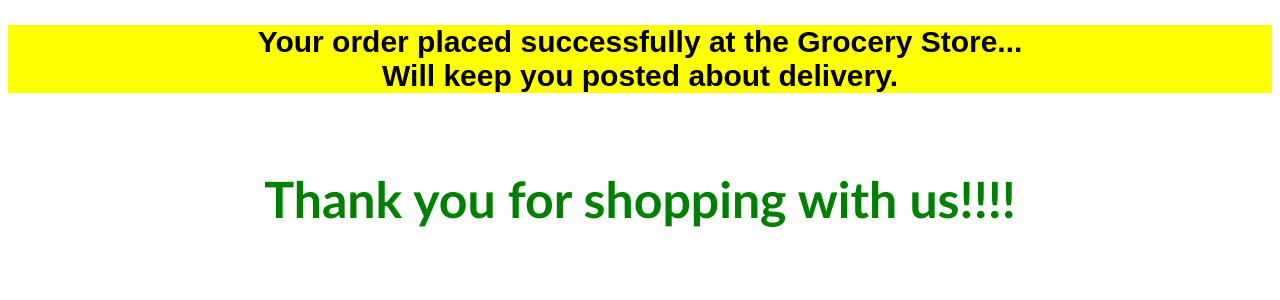
Repository: pournimapatil27/GroceryStoreMicroservice
Page: StoreLogin/src/main/resources/static/store.html
The author's editor kept a copy of each file at every save. The page is drawn from the files as they stood at one save, then again after the next save.
The browser window is 1280 px wide. The pictures show the whole page.

Above is the page before, as saved 2021-12-03 09:13:19.

### StoreLogin/src/main/resources/static/store.html
<?xml version="1.0" encoding="UTF-8"?>
<!DOCTYPE html PUBLIC "-//W3C//DTD XHTML 1.0 Transitional//EN"
"http://www.w3.org/TR/xhtml1/DTD/xhtml1-transitional.dtd">
<html xmlns="http://www.w3.org/1999/xhtml"
      xmlns:h="http://java.sun.com/jsf/html">
   <h:head>
      <title>Welcome to Grocery Store</title>
   </h:head>
   <h:body>
      <h2 style="background-color:yellow;font-family:'Arial';font-size:30px;text-align: center">Your order placed successfully at the Grocery Store...<br>Will keep you posted about delivery.<br></h2>
 <br>
  <h1 style="color:green;font-family:'Trebuchet MS';font-size:50px;text-align: center">Thank you for shopping with us!!!!</h1>
   </h:body>
</html>

After the next save:
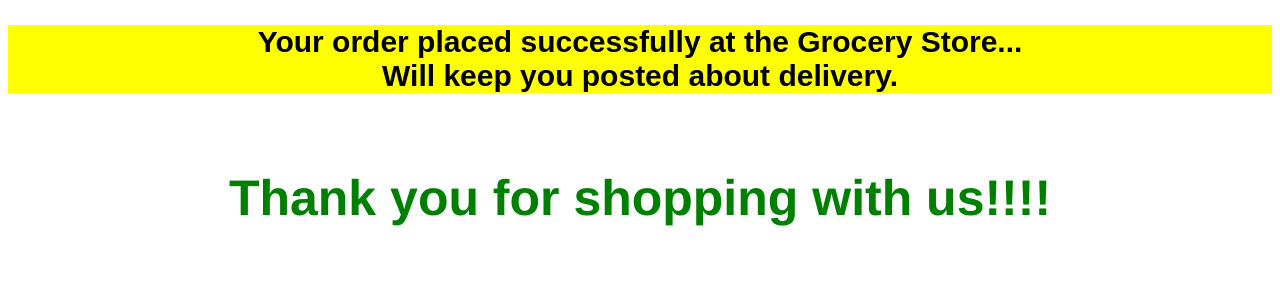
Saved 49 s later.
--- a/StoreLogin/src/main/resources/static/store.html
+++ b/StoreLogin/src/main/resources/static/store.html
@@ -9,6 +9,6 @@
    <h:body>
       <h2 style="background-color:yellow;font-family:'Arial';font-size:30px;text-align: center">Your order placed successfully at the Grocery Store...<br>Will keep you posted about delivery.<br></h2>
  <br>
-  <h1 style="color:green;font-family:'Trebuchet MS';font-size:50px;text-align: center">Thank you for shopping with us!!!!</h1>
+  <h1 style="color:green;font-family:'Helvetica';font-size:50px;text-align: center">Thank you for shopping with us!!!!</h1>
    </h:body>
 </html>
